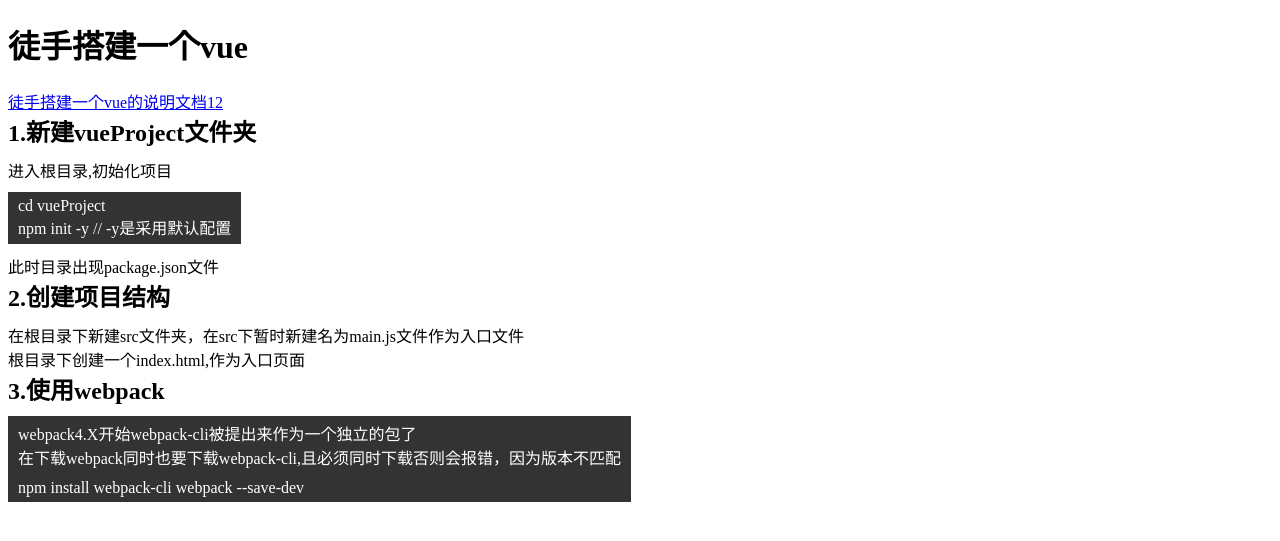
Repository: yuWhy/vue-build-cli
Page: /#/vueBuild
An editor plug-in stored every save of this project. The page is shown before and after the next save, followed by the edit.
The browser window is 1280 px wide. The pictures show the whole page.
The project was rebuilt for these pictures with package versions that can differ from the ones it lists, and the page was loaded fresh each time. Also part of the build but not shown: webpack.config.js, src/router/index.js.

Above is the page before, as saved 2021-02-19 16:10:15.

### index.html
<!DOCTYPE html>
<html lang="en">

<head>
  <meta charset="utf-8">
  <meta http-equiv="X-UA-Compatible" content="IE=edge">
  <meta name="viewport" content="width=device-width,initial-scale=1.0">
</head>

<body>
  <div id="app"></div>
</body>

</html>

### src/main.js
import Vue from 'vue'
import App from "./App.vue"
import router from './router/index.js'

new Vue({
  el: '#app',
  router,
  render: h => h(App)
})

### src/App.vue
<template>
  <div id="app">
    <h1>{{msg}}</h1>
    <router-link to="vueBuild">徒手搭建一个vue的说明文档</router-link>
    <router-link to="hello">1</router-link>
    <router-link to="login">2</router-link>
    <router-view></router-view>
  </div>
</template>

<script>
export default {
  name: 'App',
  data() {
    return {
      msg: '徒手搭建一个vue'
    }
  }
}
</script>

### src/components/vue-build.vue
<template>
  <div>
    <h2>1.新建vueProject文件夹</h2>
    <p>进入根目录,初始化项目</p>
    <div class="dimk">
      cd vueProject <br>
      npm init -y // -y是采用默认配置
    </div>
    <br>
    此时目录出现package.json文件
    <h2>2.创建项目结构</h2>
    在根目录下新建src文件夹，在src下暂时新建名为main.js文件作为入口文件<br>
    根目录下创建一个index.html,作为入口页面
    <h2>3.使用webpack</h2>
    <div class="dimk">
     <p class="hui"> webpack4.X开始webpack-cli被提出来作为一个独立的包了<br>
      在下载webpack同时也要下载webpack-cli,且必须同时下载否则会报错，因为版本不匹配<br></p>
      npm install webpack-cli webpack --save-dev<br>
    </div>
  </div>
</template>
<script>
export default {
  name: 'vueBuild'
}
</script>
<style scoped>
* {
  padding: 0;
  margin: 0;
  margin-bottom: 10px;
}
  .dimk {
    background: #333;
    color: #fff;
    padding: 5px 10px;
    display: inline-block;
  }
</style>

After the next save:
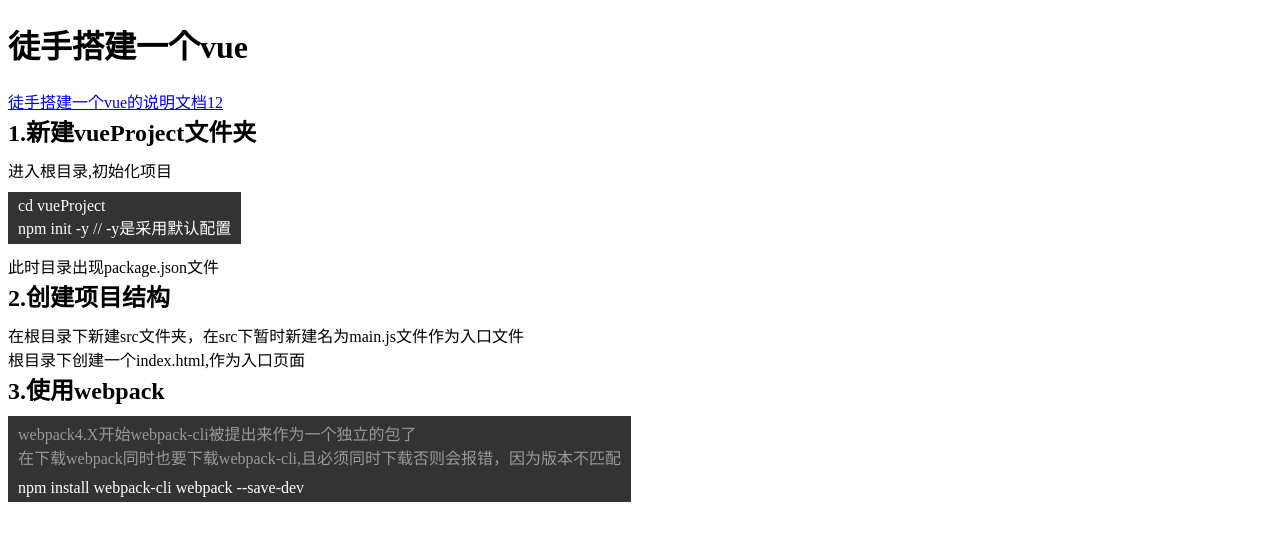
Saved 16 s later.
--- a/src/components/vue-build.vue
+++ b/src/components/vue-build.vue
@@ -36,4 +36,7 @@
     padding: 5px 10px;
     display: inline-block;
   }
+  .dimk .hui {
+    color: #999;
+  }
 </style>
